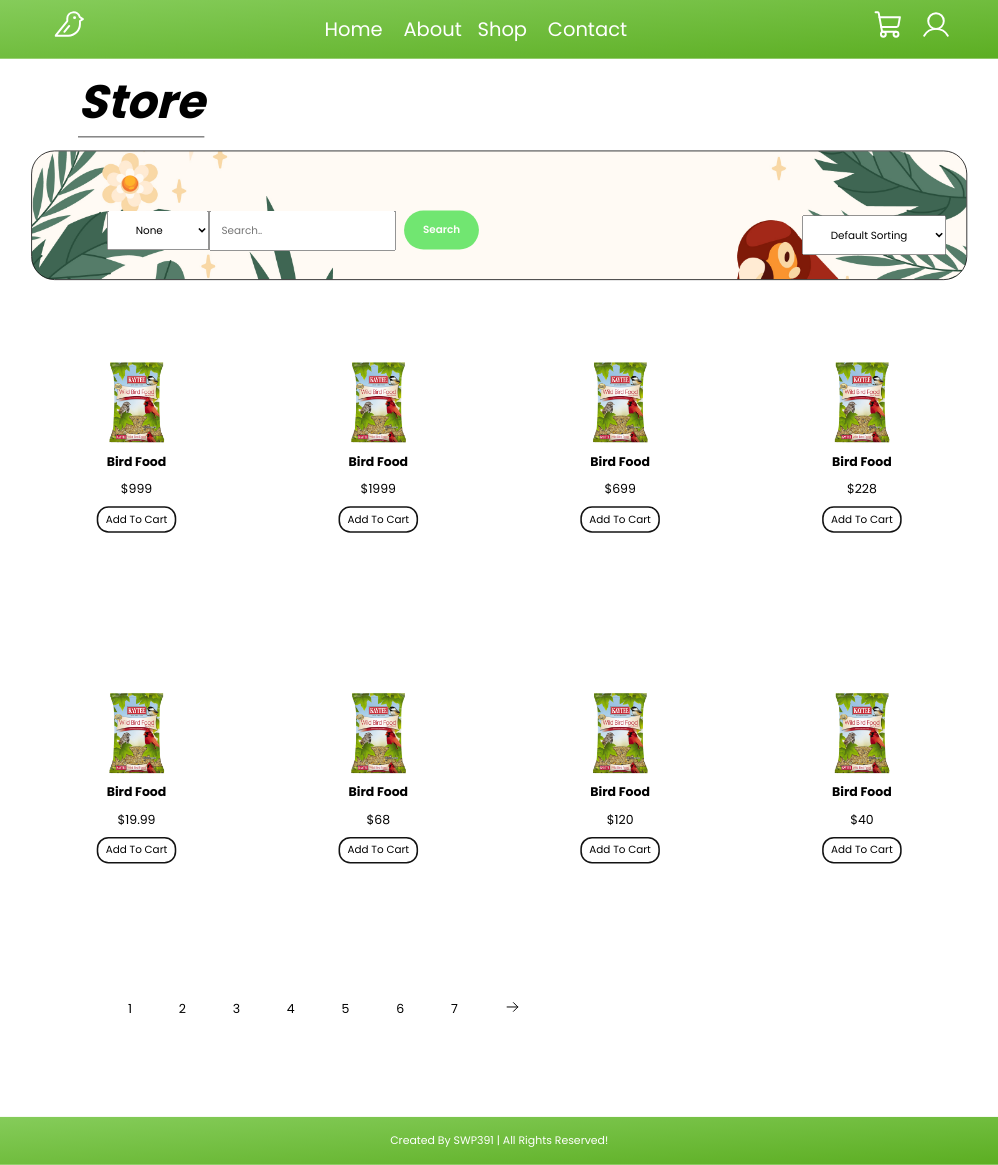
Repository: Vuhainam64/SWP391
Page: / (app in React/swp391-app/)
The author's editor kept a copy of each file at every save. The page is drawn from the files as they stood at one save, then again after the next save.
The browser window is 1280 px wide. The pictures show the whole page, at 78% of full size.
The project was rebuilt for these pictures with package versions that can differ from the ones it lists, and the page was loaded fresh each time. Also part of the build but not shown: React/swp391-app/src/pages/register/register.jsx, React/swp391-app/src/pages/home/home.css, React/swp391-app/src/pages/home/home-product.jsx, React/swp391-app/src/pages/home/home.jsx, React/swp391-app/src/pages/about/about.jsx, React/swp391-app/src/pages/contact/contact.jsx, React/swp391-app/src/pages/cart/cart-item.jsx, React/swp391-app/src/pages/cart/cart.css and 2 more.

Above is the page before, as saved 2023-06-05 10:32:07.

### React/swp391-app/src/App.js
import './App.css';
import { BrowserRouter as Router, Routes, Route } from "react-router-dom";
import { Navbar } from "./components/navbar";
import { Register } from "./pages/register/register";
import { Home } from "./pages/home/home";
import { About } from "./pages/about/about";
import { Shop } from "./pages/shop/shop";
import { Contact } from "./pages/contact/contact";
import { Cart } from "./pages/cart/cart";
import { ShopContextProvider } from './context/shop-context';
import { ProductDetail } from './pages/product/product-detail';
import { Footer } from "./components/footer"


function App() {
  return (
    <div className = "App">
      <ShopContextProvider>
        <Router>
          <Navbar />
          <Routes>
            <Route path = "/register" element = {<Register />} />
            <Route path = "/home" element={<Home/>} />
            <Route path = "/about" element={<About/>} />
            <Route path = "/" element = {<Shop />} />
            <Route path = "/product" element = {<ProductDetail />} />
            <Route path = "/contact" element = {<Contact />} />
            <Route path = "/cart" element = {<Cart />} />
          </Routes>
          <Footer />
        </Router>
      </ShopContextProvider>

    </div>
  );
}

export default App;

### React/swp391-app/src/App.css
.App {
  width: 100%;
  height: auto;
  min-height: 100vh;
  font-family: 'Segoe UI', Tahoma, Geneva, Verdana, sans-serif;
}

body {
  padding: 0;
  margin: 0;
}

### React/swp391-app/src/components/navbar.jsx
import React from "react";
import { Link } from "react-router-dom";
import { ShoppingCart, Bird, User } from "phosphor-react";
import "./navbar.css";

export const Navbar = () => {
  return (
    <div className="navbar">
      <div className="links">
        <div className="icon">
          <Link to="/home">
            <Bird size={40} />
          </Link>
        </div>
        <div className="middle">
          <Link to="/home"> Home </Link>
          <Link to="/about">About</Link>
          <Link to="/">Shop</Link>
          <Link to="/contact"> Contact</Link>
        </div>
        <div className="end">
          <Link to="/cart">
            <ShoppingCart size={40} />
          </Link>
            <Link to="/register">
              <User size={40}/>
            </Link>
        </div>
      </div>
    </div>
  );
};

### React/swp391-app/src/pages/shop/shop.jsx
import React from "react";
import { PRODUCTS } from "../../products";
import { Product } from "./product";
import { ArrowRight } from "phosphor-react";
import "./shop.css";

export const Shop = () => {
  return (
    <div className="shop">
      <div className="shopTitle">
        <h3>Store</h3>
      </div>
      <div className="sort">
        <div className="form-shop">
          <div class="form-shop-select">
            <label>
              <select>
                <option selected> None </option>
                <option>Seed</option>
                <option>Suet</option>
                <option>Nectar</option>
                <option>Fruit</option>
                <option>Insect</option>
              </select>
            </label>
          </div>
          <div className="search-bar">
            <input type="text" placeholder="Search.." />
          </div>
          <div className="icon-search">
            <button>Search</button>
          </div>
        </div>
        <div className="sort-shop">
          <label>
            <select>
              <option selected> Default Sorting </option>
              <option>A To Z</option>
              <option>1 - 8</option>
              <option>Price</option>
            </select>
          </label>
        </div>
      </div>
      <div className="products">
        {PRODUCTS.map((product) => (
          <Product data={product} />
        ))}
      </div>
      <div className="page-count">
        <div className="page-number">
          <ul className="page-number-count">
            <li>1</li>
            <li>2</li>
            <li>3</li>
            <li>4</li>
            <li>5</li>
            <li>6</li>
            <li>7</li>
            <div className="icon-arrow">
              <i>
                <ArrowRight size={20} />
              </i>
            </div>
          </ul>
        </div>
      </div>
    </div>
  );
};

### React/swp391-app/src/context/shop-context.jsx
import { createContext, useEffect, useState } from "react";
import { PRODUCTS } from "../products";

export const ShopContext = createContext(null);

const getDefaultCart = () => {
    let cart = {};
    for (let i = 1; i < PRODUCTS.length + 1; i++) {
        cart[i] = 0;
    }
    return cart;
}

export const ShopContextProvider = (props) => {
    const [cartItems, setCartItems] = useState(getDefaultCart());

    const getTotalCartAmount = () => {
        let totalAmount = 0;
        for (const item in cartItems) {
            if (cartItems[item] > 0) {
                let itemInfo = PRODUCTS.find((product) => product.id === Number(item));
                totalAmount += cartItems[item] *itemInfo.price;
            }
        }
        return totalAmount;
    };

    const addToCart = (itemId) => {
        setCartItems((prev) => ({ ...prev, [itemId]: prev[itemId] + 1}));
    };

    const removeFromCart = (itemId) => {
        setCartItems((prev) => ({ ...prev, [itemId]: prev[itemId] - 1}));
    };

    const updateCartItemCount = (newAmount, itemId) => {
        setCartItems((prev) => ({ ...prev, [itemId]: newAmount }));
    };

    const checkout = () => {
        setCartItems(getDefaultCart());
    };

    const contextValue = {
        cartItems,
        addToCart,
        updateCartItemCount,
        removeFromCart,
        getTotalCartAmount,
        checkout,
    };

    return (
        <ShopContext.Provider value={contextValue}>
            {props.children}
        </ShopContext.Provider>
    );
};

### React/swp391-app/src/components/footer.jsx
import React from 'react';
import "./footer.css"
export const Footer = () => {
    return (
        <footer className="footer">
            Created By SWP391 | All Rights Reserved!
        </footer>
    );
};

### React/swp391-app/src/components/navbar.css
.navbar {
    width: 100%;
    height: 75px;
    background-color: #85CC5A;
    background-image: linear-gradient(to bottom right, #85CC5A, #5CAE22);
    display: flex;
    justify-content: center;
    align-items: center;
}

.links {
    margin-right: 50px;
    display: flex;
    align-items: center;
    justify-content: space-between;
    width: 100%;
}

.icon {
    margin-left: 50px;
}

.end {
    padding: 0 10px;
}

.links a {
    text-decoration: none;
    color: white;
    margin-left: 20px;
    font-size: 25px;
}

### React/swp391-app/src/pages/register/register.css
/* Import Google font - Poppins */
@import url('https://fonts.googleapis.com/css2?family=Poppins:wght@200;300;400;500;600;700&display=swap');

*{
  margin: 0;
  padding: 0;
  box-sizing: border-box;
  font-family: 'Poppins', sans-serif;
}

.images{
  position: absolute;
  width: 100%;
  height: 100%;
  background-image: url(../../assets/products/bird.jpg);
  background-position: center;
  background-size: cover;
  color: white;
}

.container{
  position: relative;
  top: 50%;
  left: 50%;
  transform: translate(-50%,-50%);
  max-width: 480px;
  width: 100%;
  border-radius: 7px;
  box-shadow: -3px -3px 9px #aaa9a9a2,
              3px 3px 7px rgba(147, 149, 151, 0.671);
}

.container .registration{
  display: none;
}

#check:checked ~ .registration{
  display: block;
}

#check:checked ~ .login{
  display: none;
}

#check{
  display: none;
}

.container .form{
  padding: 2rem;
}

.form header{
  font-size: 2rem;
  font-weight: 500;
  text-align: center;
  margin-bottom: 1.5rem;
}

 .form input{
   height: 60px;
   width: 92%;
   padding: 0 14px;
   font-size: 17px;
   margin-top: 15px;
   margin-bottom: 1.3rem;
   border: 1px solid #ddd;
   border-radius: 6px;
   outline: none;
 }

 .form input:focus{
   box-shadow: 0 1px 0 rgba(0,0,0,0.2);
 }

.form a{
  font-size: 16px;
  color: #20ffd6;
  text-decoration: none;
}

.form a:hover{
  text-decoration: underline;
}

.form input.button{
  color: #fff;
  background: #009579;
  font-size: 1.2rem;
  font-weight: 500;
  letter-spacing: 1px;
  margin-top: 1.7rem;
  cursor: pointer;
  transition: 0.4s;
  width: 100%;
}

.form input.button:hover{
  background: #006653;
}

.signup{
  font-size: 17px;
  text-align: center;
}

.signup label{
  color: #20ffd6;
  cursor: pointer;
}

.signup label:hover{
  text-decoration: underline;
}

.icon-login {
  margin-right: 5px;
}

### React/swp391-app/src/products.js
import product1 from "./assets/products/1.png";
import product2 from "./assets/products/1.png";
import product3 from "./assets/products/1.png";
import product4 from "./assets/products/1.png";
import product5 from "./assets/products/1.png";
import product6 from "./assets/products/1.png";
import product7 from "./assets/products/1.png";
import product8 from "./assets/products/1.png";

export const PRODUCTS = [
  {
    id: 1,
    productName: "Bird Food",
    price: 999.0,
    productImage: product1,
  },
  {
    id: 2,
    productName: "Bird Food",
    price: 1999.0,
    productImage: product2,
  },
  {
    id: 3,
    productName: "Bird Food",
    price: 699.0,
    productImage: product3,
  },
  {
    id: 4,
    productName: "Bird Food",
    price: 228.0,
    productImage: product4,
  },
  {
    id: 5,
    productName: "Bird Food",
    price: 19.99,
    productImage: product5,
  },
  {
    id: 6,
    productName: "Bird Food",
    price: 68.0,
    productImage: product6,
  },
  {
    id: 7,
    productName: "Bird Food",
    price: 120.0,
    productImage: product7,
  },
  {
    id: 8,
    productName: "Bird Food",
    price: 40.0,
    productImage: product8,
  },
];

### React/swp391-app/src/pages/shop/product.jsx
import React, {useContext, useState, useEffect} from "react";
import { ShopContext } from "../../context/shop-context";


export const Product = (props) => {
    const { id, productName, price, productImage } = props.data;
    const { addToCart, cartItems } = useContext(ShopContext);

    const cartItemCount = cartItems[id];

    return (
        <div className = "product">
            <img src = {productImage} alt=""/>
            <div className = "description">
                <p>
                    <b>{productName}</b>
                </p>
                <p> ${price}</p>
            </div>
            <button className="addToCartBttn" onClick = {() => addToCart(id)}>
                Add To Cart {cartItemCount > 0 && <> ({cartItemCount}) </>}
            </button>
        </div>
    );
};

### React/swp391-app/src/pages/shop/shop.css
.shop {
  padding: 0 20px;
}

.shopTitle {
  margin-top: 10px;
  text-align: center;
  font-size: 40px;
}

.products {
  width: 100%;
  height: auto;
  display: grid;
  grid-template-columns: 1fr 1fr 1fr 1fr;
  place-items: center;
}

.product {
  border-radius: 15px;
  margin: 100px;
  display: flex;
  flex-direction: column;
  justify-content: center;
  align-items: center;
}

.product img {
  width: 100%;
  height: 100%;
}

.product .description {
  text-align: center;
}

.product:hover {
  transition: 0.3s ease-in;
  cursor: pointer;
}

.addToCartBttn {
  background-color: transparent;
  border: 2px solid rgb(19, 19, 19);
  min-width: 100px;
  padding: 5px 10px 5px 10px;
  border-radius: 15px;
}

.addToCartBttn:hover {
  background-color: rgb(19, 19, 19);
  color: white;
  cursor: pointer;
}

.description p,
b {
  margin: 10px 0;
}
.shopTitle {
  justify-content: left;
  display: inline-block;
}
.shopTitle h3 {
  float: left;
  margin-left: 80px;
  font-size: 60px;
  font-style: italic;
  border-bottom: 1px solid rgb(19, 19, 19);
}

.form-shop {
  display: flex;
  margin: 50px 10px 10px 80px;
  width: 100%;
}

.form-shop select {
  padding: 14px 32px;
}

.form-shop input {
  padding: 14px;
  margin: 10px 10px 10px 0;
  width: 100%;
}

.search-bar {
  width: 30%;
}
.icon-search button {
  padding: 14px 24px;
  height: 50px;
  margin-top: 10px;
  margin-left: 10px;
  border-radius: 50px;
  cursor: pointer;
  background-color: rgb(20, 217, 27);
  border: none;
  color: #fff;
  font-weight: 600;
  opacity: 0.6;
}

.icon-search button:hover {
  opacity: 1;
}

.sort {
  display: flex;
  justify-content: center;
  align-items: center;
  margin: 10px 20px 0 20px;
  padding: 16px;
  border: 1px solid;
  border-radius: 30px;
  background-image: url(../../assets/products/7200317.jpg);
  background-position: center;
  background-size: cover;
}

.sort-shop {
  margin: 50px 10px 10px 80px;
}

.sort-shop select {
  padding: 14px 32px;
}

.page-count {
  margin: 50px 20px 100px 100px;
}

.page-number-count {
  display: flex;
  list-style: none;
  padding: 14px;
}

.page-number-count li {
  margin: 0 10px;
  padding: 10px 20px;
  border-radius: 100%;
  cursor: pointer;
}

.icon-arrow{
  margin: 0 10px;
  padding: 10px 20px;
  background-color: white;
  cursor: pointer;
}

.page-number-count li:hover {
  background-color: rgb(240, 239, 239);
  padding: 10px 20px;
}

### React/swp391-app/src/pages/contact/contact.css
.contact{
    max-width: 400px;
    margin: 0 auto;
    padding: 20px;
    height: 81.7vh;
}
.title-contact{
    text-align: center;
}
label{
    display: block;
    margin-top: 10px;
}
.form-contact{

    text-align: center;
}

.name-contact,
.email-contact,
.message-contact,
textarea {
  width: 100%;
  padding: 8px;
  border: 1px solid #ccc;
  border-radius: 4px;
  box-sizing: border-box;
  margin-top: 5px;
  margin-bottom: 10px;
}

input[type="submit"] {
    background-color: #4CAF50;
    color: white;
    padding: 10px 15px;
    border: none;
    border-radius: 4px;
    cursor: pointer;
    font-size: 16px;
  }

  input[type="submit"]:hover {
    background-color: #45a049;
  }

  textarea {
    height: 100px;
  }

### React/swp391-app/src/components/footer.css
.footer{
    background-color: #85CC5A;
  background-image: linear-gradient(to bottom right, #85CC5A, #5CAE22);
  padding: 20px;
  text-align: center;
  color: #ffffff;
  font-size: 14px;
}

Loaded but not shown: React/swp391-app/public/index.html (common file); React/swp391-app/src/index.js (common file); React/swp391-app/src/index.css (common file); React/swp391-app/src/reportWebVitals.js (common file)

After the next save:
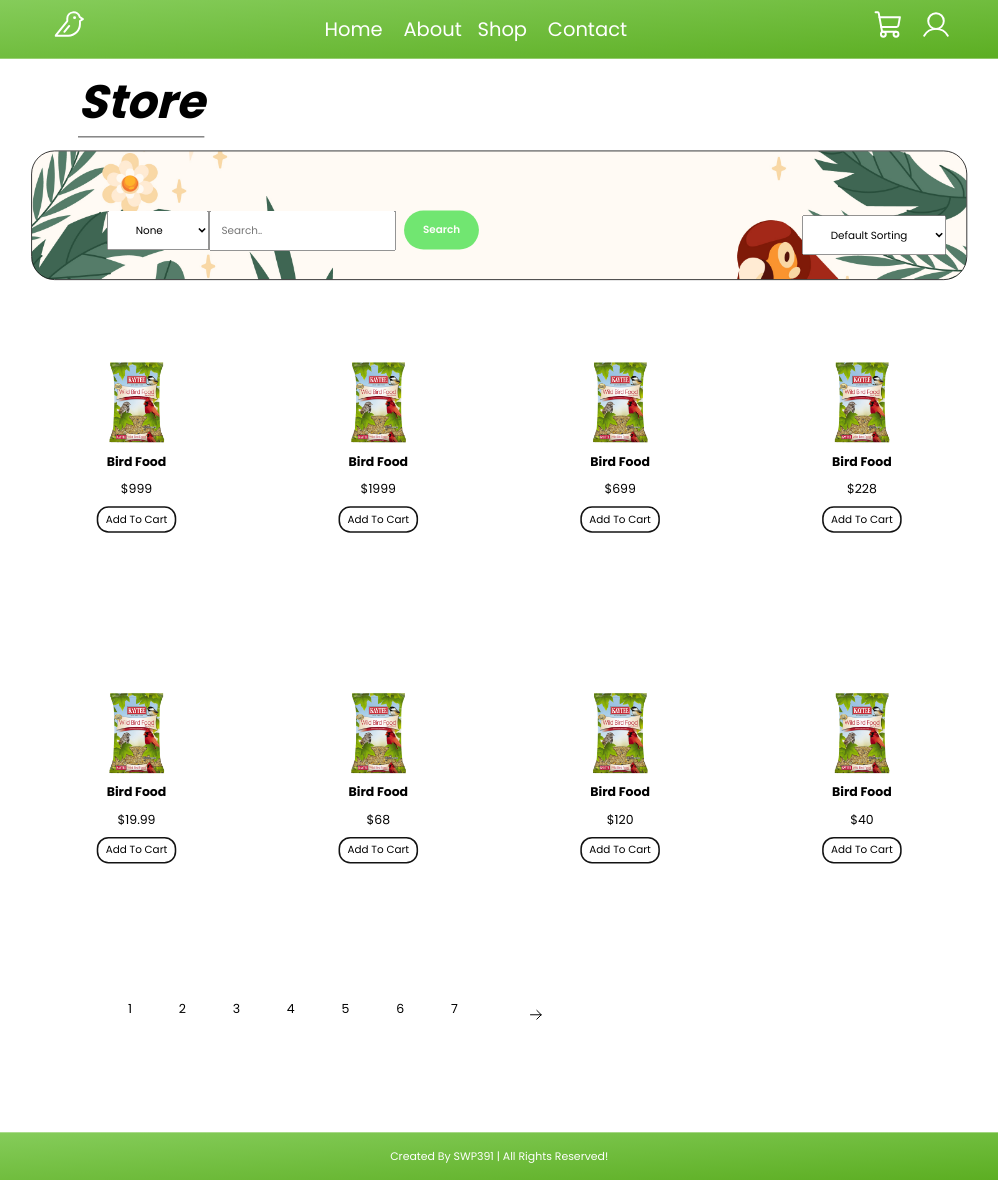
Saved 22 s later.
--- a/React/swp391-app/src/pages/shop/shop.jsx
+++ b/React/swp391-app/src/pages/shop/shop.jsx
@@ -58,9 +58,9 @@ export const Shop = () => {
             <li>6</li>
             <li>7</li>
             <div className="icon-arrow">
-              <i>
+              <li>
                 <ArrowRight size={20} />
-              </i>
+              </li>
             </div>
           </ul>
         </div>

After the save that followed:
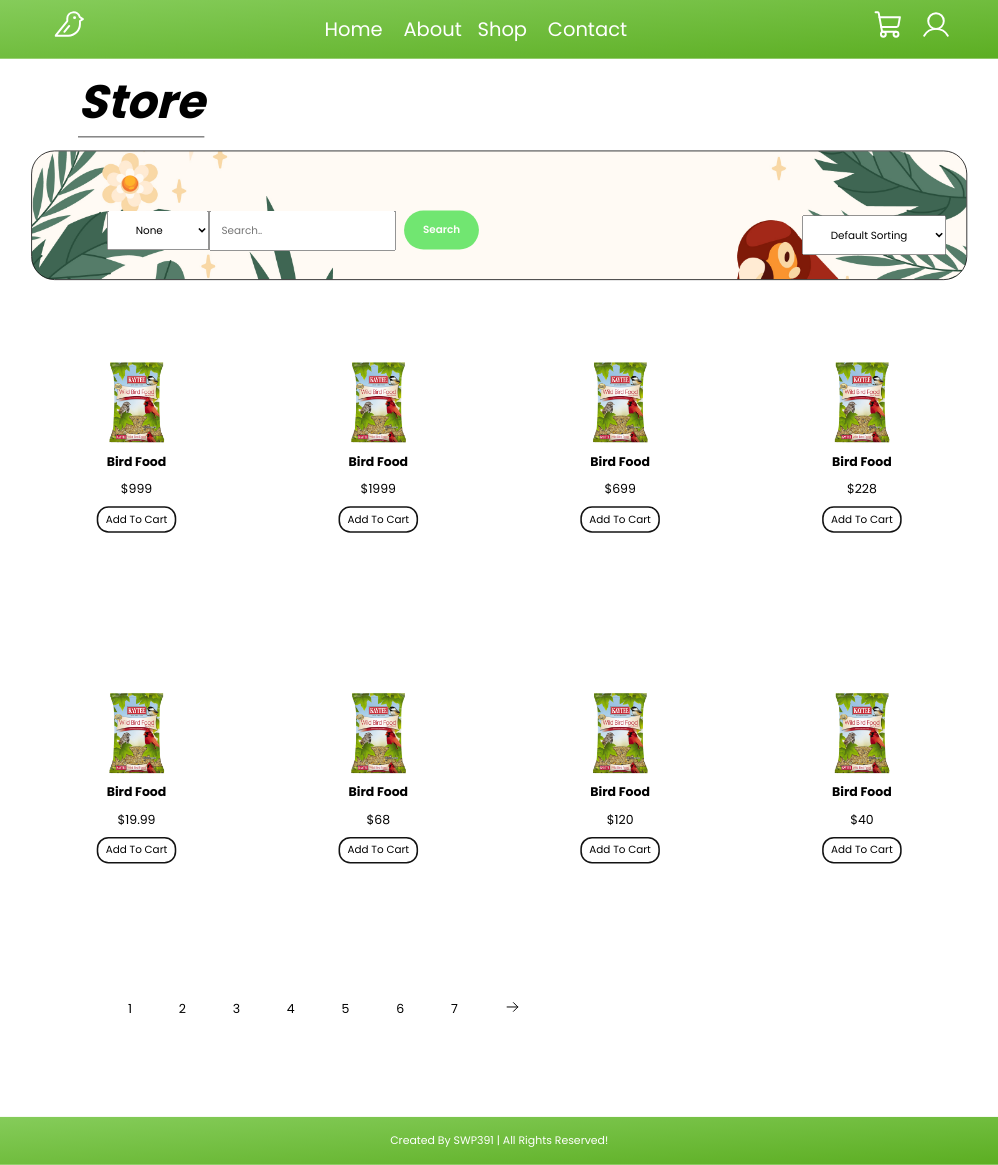
Saved 7 s later.
--- a/React/swp391-app/src/pages/shop/shop.css
+++ b/React/swp391-app/src/pages/shop/shop.css
@@ -145,10 +145,7 @@ b {
 }
 
 .icon-arrow{
-  margin: 0 10px;
-  padding: 10px 20px;
   background-color: white;
-  cursor: pointer;
 }
 
 .page-number-count li:hover {
